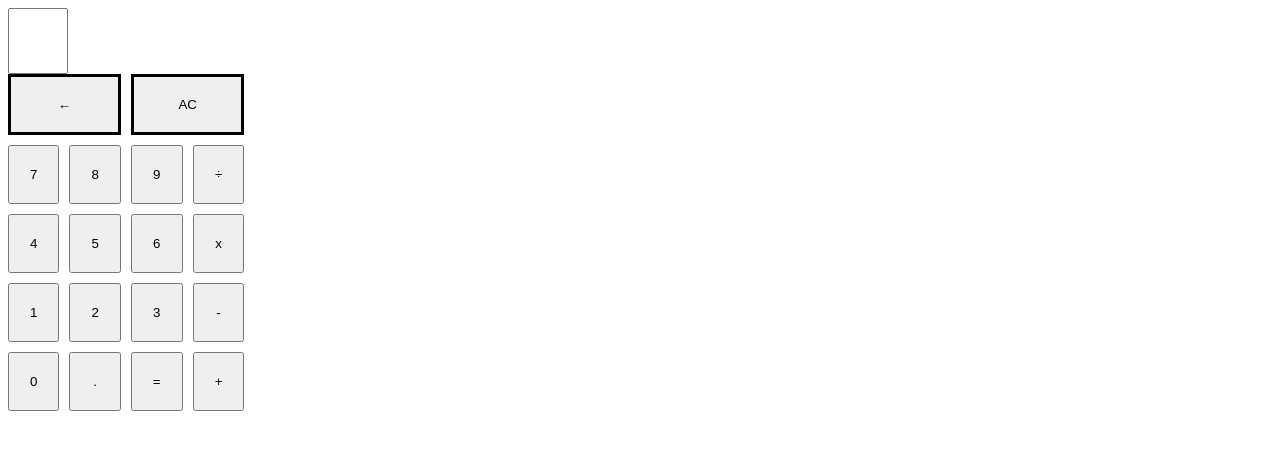
Repository: z1youRA/MyCalculator
Page: index.html
The author's editor kept a copy of each file at every save. The page is drawn from the files as they stood at one save, then again after a run of saves.
The browser window is 1280 px wide. The pictures show the whole page.

Above is the page before, as saved 2021-12-19 17:43:51.

### index.html
<!DOCTYPE html>
<html lang="en">
<head>
    <meta charset="UTF-8">
    <meta http-equiv="X-UA-Compatible" content="IE=edge">
    <meta name="viewport" content="width=device-width, initial-scale=1.0">
    <title>Document</title>
    <link rel='stylesheet' href='./css/styles.css'>
</head>
<body>
    <div class='container'>
        <input type='text'>
        <div class='buttons'>
                <button class='back span-2'>←</button>
                <button class='clear span-2'>AC</button>
                <button class='num'>7</button>
                <button class='num'>8</button>
                <button class='num'>9</button>
                <button class='ope'>÷</button>
                <button class='num'>4</button>
                <button class='num'>5</button>
                <button class='num'>6</button>
                <button class='ope'>x</button>
                <button class='num'>1</button>
                <button class='num'>2</button>
                <button class='num'>3</button>
                <button class='ope'>-</button>
                <button class='num'>0</button>
                <button class='num point'>.</button>
                <button class='calcu'>=</button>
                <button class='ope'>+</button>
        </div>
    </div>

</body>
<script src='script.js'>
</script>
</html>

### css/styles.css
.container {
    display: flex;
    width: 60px;
    justify-content: center;
    flex-direction: column;
}

input {
    height: 60px;
}

.span-2 {
    grid-column: span 2;
    border: solid;
}

.buttons {
    display: grid;
    grid-template-columns: repeat(4, 1fr);
    grid-gap: 10px;
}



button {
    padding: 20px;
}

### script.js
function add(num1, num2) {
    return +num1 + +num2;
}

function subtract(num1, num2) {
    return +num1 - +num2;
}

function multiply(num1, num2) {
    return +num1 * +num2;
}

function divide(num1, num2) {
    return +num1 / +num2;
}

function operate() {
    if(operator === '+') {
        result = add(num1, num2);
    }
    if(operator === '-') {
        result = subtract(num1, num2);
    }
    if(operator === '*'|| operator === 'x') {
        result = multiply(num1, num2);
    }
    if(operator === '/'|| operator === '÷') {
        if(num2 == 0) {
            clear()
            input.value = 'ERROR';
            return;
        }
        result = divide(num1, num2);
    }
    input.value = Math.round(result * 100000) / 100000;

}

function clear() {
    input.value = '';
    num1 = '';
    num2 = '';
    operator = '';
    result = '';
    flag = 0;
    pointFlag = 0;
}

function inputNum() {
    if(flag === 1 && num2 === '') { //clear the screen when input the second operand.
        input.value = '';
    }
    const number = this.textContent;
    if(number === '.') {
        if(pointFlag === 1) {
            return;
        }
        pointFlag = 1;
    }
    input.value += number;
    if(flag === 0) {
        num1 += number;
    }
    else
        num2 += number;
}

function inputOperator() {
    if(num1 !== '' && num2 !== '' && operator !== '') { //if user didn't press the = button each time.
        operate();
    }
    if(result != '') { //for a second successive operation
        num1 = result;
        num2 = '';
    }
    operator = this.textContent;
    flag = 1;
    pointFlag = 0;
}

function back() {
    if(flag === 0 && num1.length > 0) {
        num1 = num1.slice(0, num1.length - 1);
        input.value = num1;
    }
    else if(flag === 1 && num2.length > 0){
        num2 = num2.slice(0, num2.length - 1);
        input.value = num2;
    }
}

let flag = 0; //if num1 exists flag == 1
let num1 = '';
let num2 = '';
let operator = '';
let result = '';
let pointFlag = 0;

const input = document.querySelector('input');
const nums = document.querySelectorAll('button.num'); //select all buttons representing numbers
const operators = document.querySelectorAll('button.ope');
const calcu = document.querySelector('.calcu');
const clr = document.querySelector('.clear');
const backspace = document.querySelector('.back');

backspace.addEventListener('click', back);
clr.addEventListener('click', clear);
calcu.addEventListener('click', operate);
nums.forEach(num => {
    num.addEventListener('click', inputNum)
})

operators.forEach(ope => {
    ope.addEventListener('click', inputOperator);
})

After the next 2 saves:
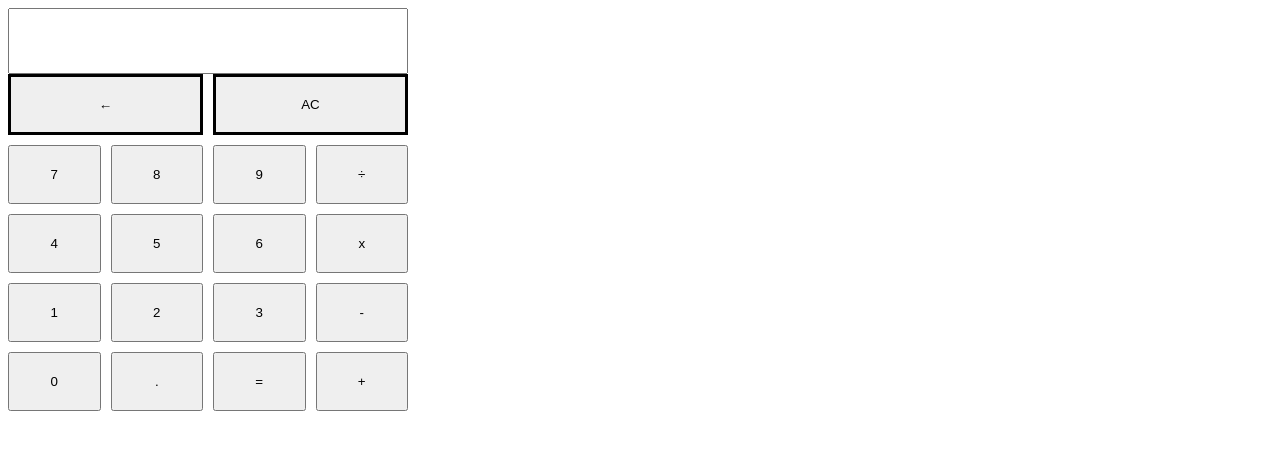
The 2 saves are shown as one change because they came seconds apart.
The last was saved 10 s later.
--- a/css/styles.css
+++ b/css/styles.css
@@ -1,6 +1,6 @@
 .container {
     display: flex;
-    width: 60px;
+    width: 400px;
     justify-content: center;
     flex-direction: column;
 }
